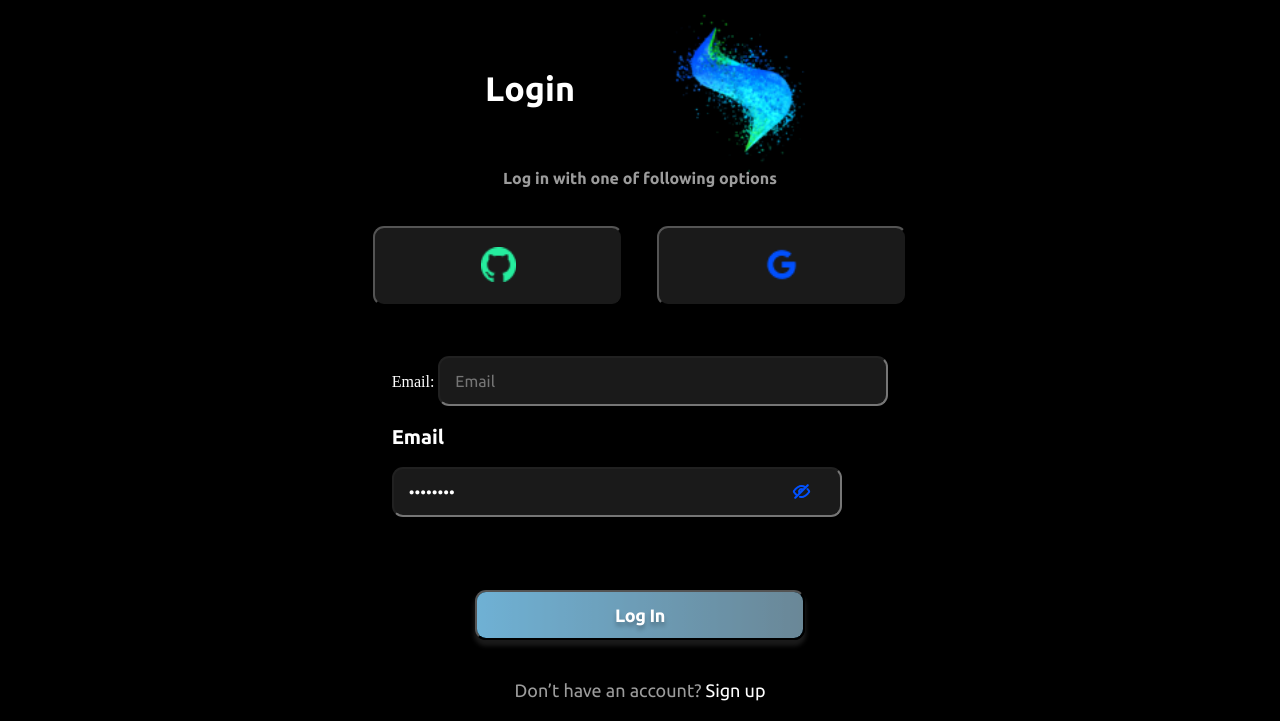
Repository: Cherced/QuanticFilms
Page: /login
These files come from the project's save history. The page is drawn as it stood at one moment and after the next save; the edit follows.
The browser window is 1280 px wide. The pictures show the whole page.
The page's requests for data from a server got no answer. The project was rebuilt for these pictures with package versions that can differ from the ones it lists, and the page was loaded fresh each time. The framework's server and built-in components were replaced by stand-ins that run in the browser. No one was signed in, and anything a server would have sent is missing. Also part of the build but not shown: components/atoms/HeaderFloat.jsx, components/atoms/InputBasicAccont.jsx, components/atoms/InputBasicAccontPassword.jsx.

Above is the page before, as saved 2022-06-10 12:00:57.

After the next save:
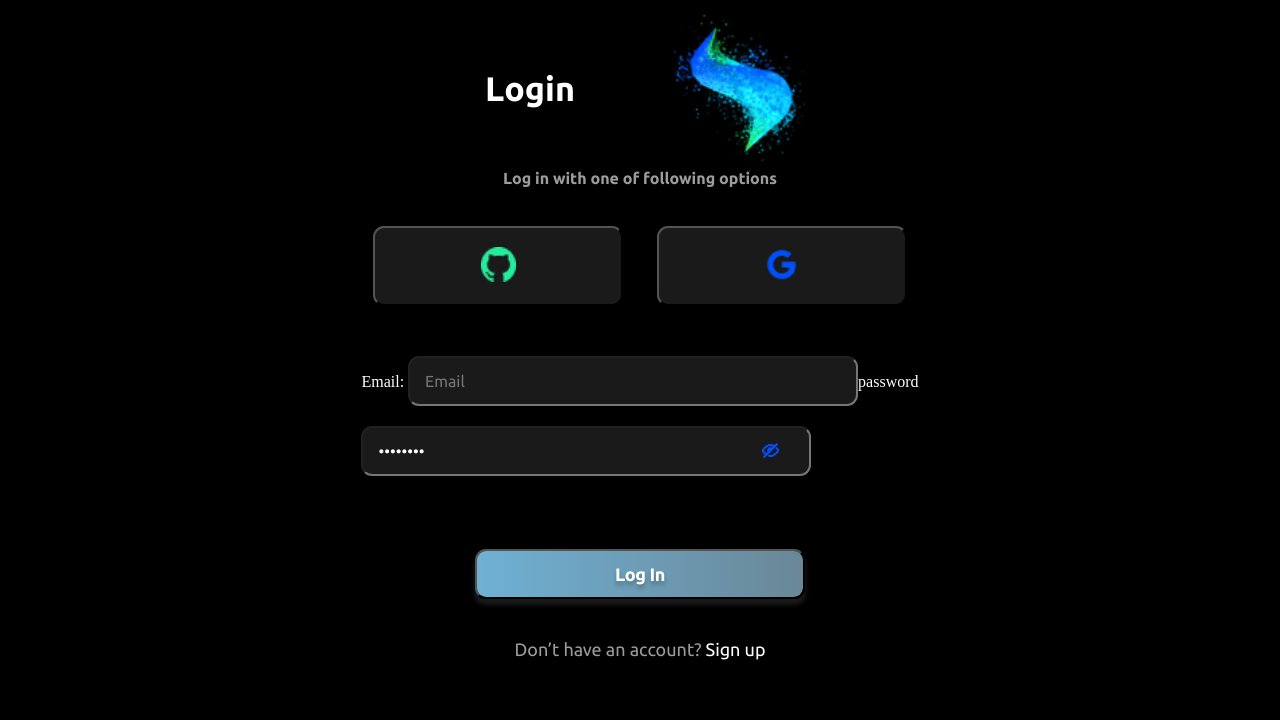
Saved 22 s later.
--- a/components/molecules/LoginForm.jsx
+++ b/components/molecules/LoginForm.jsx
@@ -8,7 +8,7 @@ export const LoginForm = () => {
         <div className="inputBasicAccont">
         <label for="email">Email: </label>
         <input type="text" id="emailForm"  name="email" autoComplete="off" placeholder="Email"  />
-        <h1>Email</h1>
+        <label>password</label>
         <div className="passwordInput">
         <input type="password" value="password" name="email" autoComplete="off" />
         <img src="/images/checkedPassword.png" alt="icon-check"/>
